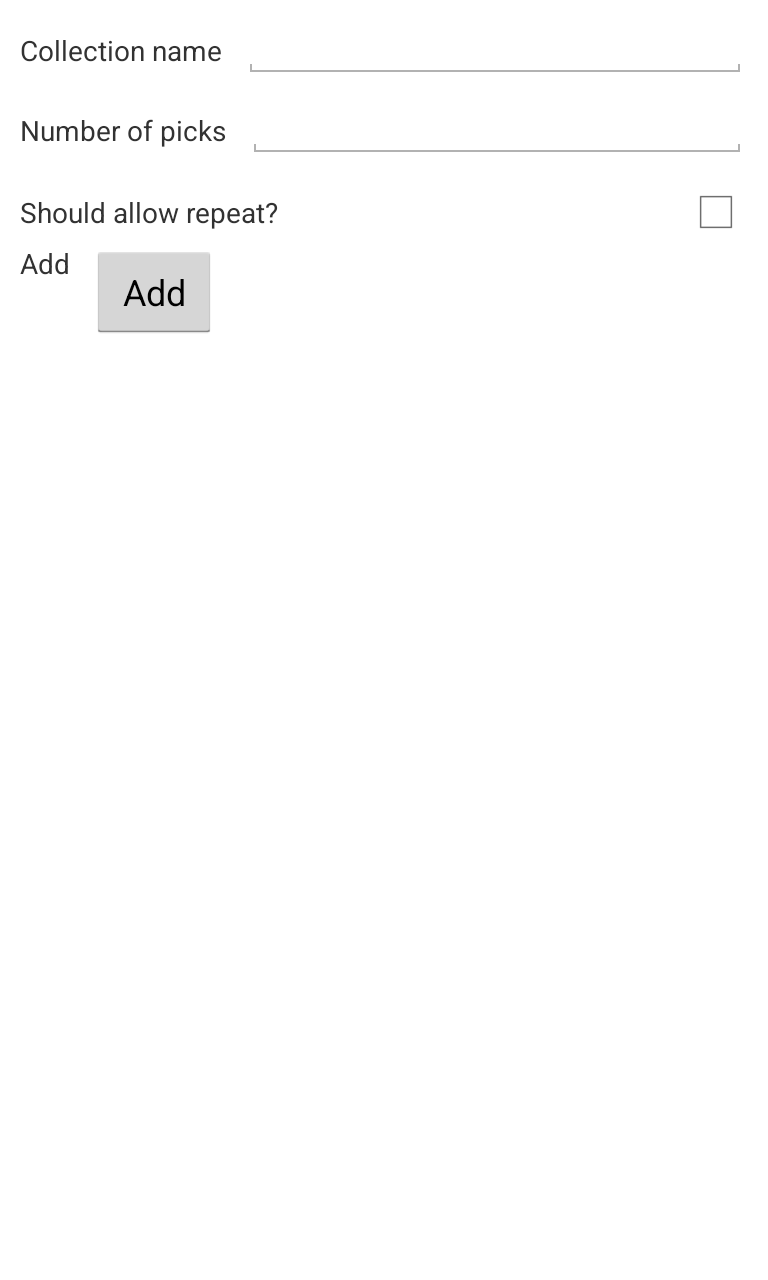
Repository: nqmtuan/RandomRandomizerAndroid
Layout: Workspace/RandomRandomizer/res/layout/create_edit_random_collection.xml
An editor plug-in stored every save of this project. The layout is shown before and after the next save, followed by the edit.
It is drawn on a 768 x 1280 px phone screen (xhdpi) without system bars, with theme AppTheme; the app's code is not run.

Above is the layout before, as saved 2013-07-30 14:56:49.

After the next save:
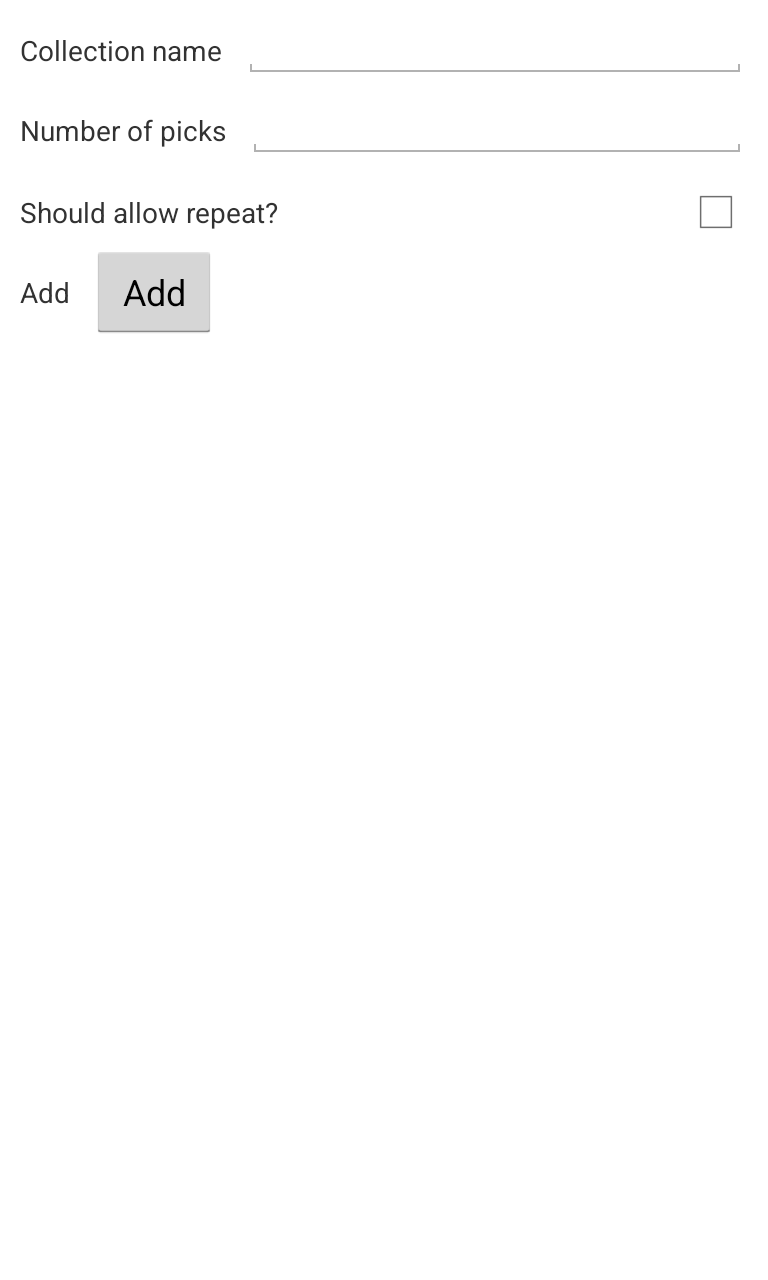
Saved 107 s later.
--- a/Workspace/RandomRandomizer/res/layout/create_edit_random_collection.xml
+++ b/Workspace/RandomRandomizer/res/layout/create_edit_random_collection.xml
@@ -94,19 +94,27 @@
                 android:layout_height="match_parent"
                 android:layout_below="@+id/create_random_collection_info_container" >
 
-                <TextView
-                    android:id="@+id/create_random_collection_image_label"
-                    android:layout_width="wrap_content"
-                    android:layout_height="wrap_content"
-                    android:text="@string/random_collection_add_image_label" />
+                <RelativeLayout
+                    android:id="@+id/create_random_collection_image_container_line1"
+                    android:layout_width="match_parent"
+                    android:layout_height="wrap_content" >
 
-                <Button
-                    android:id="@+id/create_random_collection_image_add_button"
-                    android:layout_width="wrap_content"
-                    android:layout_height="wrap_content"
-                    android:layout_marginLeft="10dp"
-                    android:layout_toRightOf="@+id/create_random_collection_image_label"
-                    android:text="@string/random_collection_add_image_label" />
+                    <TextView
+                        android:id="@+id/create_random_collection_image_label"
+                        android:layout_width="wrap_content"
+                        android:layout_height="wrap_content"
+                        android:layout_centerVertical="true"
+                        android:text="@string/random_collection_add_image_label" />
+
+                    <Button
+                        android:id="@+id/create_random_collection_image_add_button"
+                        android:layout_width="wrap_content"
+                        android:layout_height="wrap_content"
+                        android:layout_centerVertical="true"
+                        android:layout_marginLeft="10dp"
+                        android:layout_toRightOf="@+id/create_random_collection_image_label"
+                        android:text="@string/random_collection_add_image_label" />
+                </RelativeLayout>
             </RelativeLayout>
         </RelativeLayout>
     </ScrollView>
